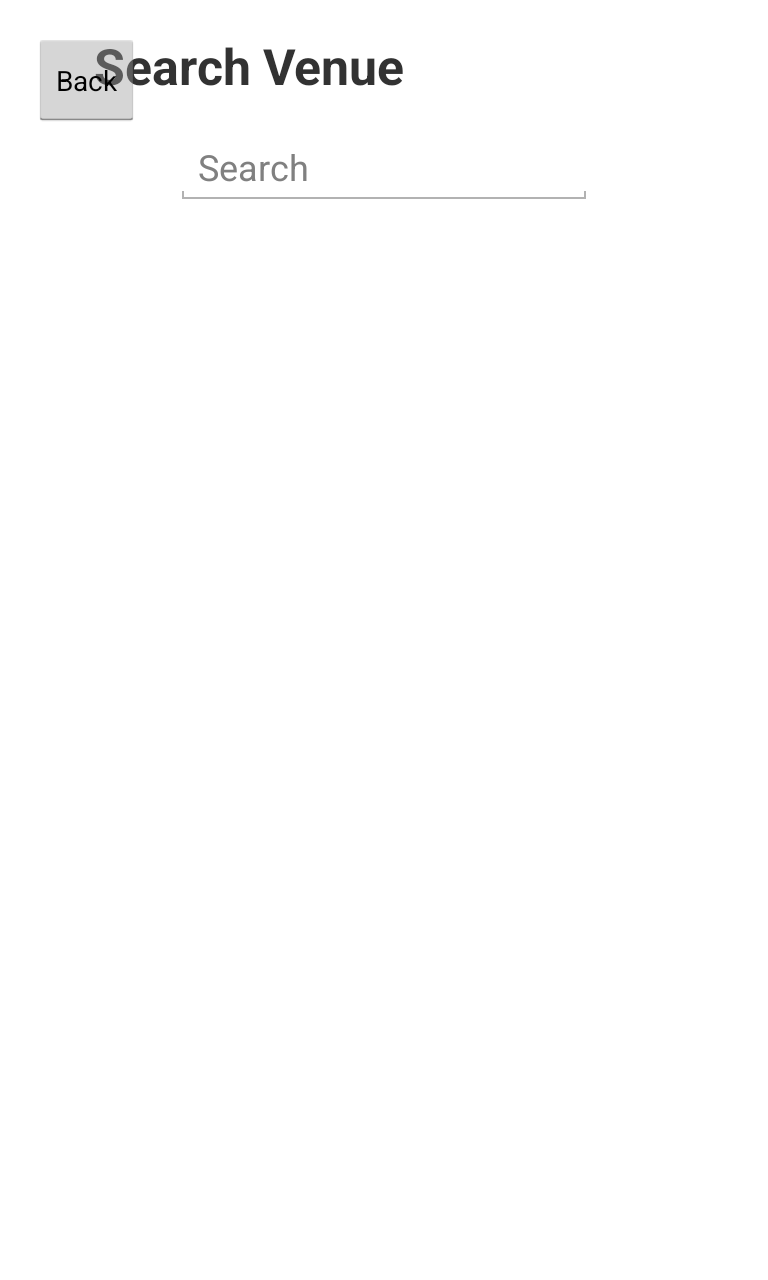
Repository: PotatoBiscuit/Thirstbuster
Layout: MobApp/workspace/DrinkAndGo/res/layout/activity_venue_search.xml
The author's editor kept a copy of each file at every save. The layout is drawn from the files as they stood at one save, then again after the next save.
It is drawn on a 768 x 1280 px phone screen (xhdpi) without system bars, with theme AppTheme; the app's code is not run.

Above is the layout before, as saved 2016-04-11 20:40:51.

### MobApp/workspace/DrinkAndGo/res/layout/activity_venue_search.xml
<LinearLayout xmlns:android="http://schemas.android.com/apk/res/android"
    xmlns:tools="http://schemas.android.com/tools"
    android:layout_width="match_parent"
    android:layout_height="match_parent"
    android:gravity="center_horizontal"
    android:orientation="vertical"
    android:paddingBottom="@dimen/activity_vertical_margin"
    android:paddingLeft="@dimen/activity_horizontal_margin"
    android:paddingRight="@dimen/activity_horizontal_margin"
    android:paddingTop="@dimen/activity_vertical_margin"
    tools:context="com.CS477.drinkandgo.activies.VenueSearchActivity" >

    <RelativeLayout
        android:layout_width="match_parent"
        android:layout_height="wrap_content" >

        <TextView
            android:id="@+id/title_search_venue"
            android:layout_width="wrap_content"
            android:layout_height="wrap_content"
            android:layout_alignParentTop="true"
            android:layout_centerInParent="true"
            android:ems="10"
            android:text="@string/search_venue"
            android:textSize="@dimen/title_size2"
            android:textStyle="bold" />

        <Button
            android:id="@+id/backButton"
            style="?android:attr/buttonStyleSmall"
            android:layout_width="wrap_content"
            android:layout_height="wrap_content"
            android:layout_alignParentLeft="true"
            android:layout_alignParentTop="true"
            android:text="@string/back" />

    </RelativeLayout>

    <EditText
        android:id="@+id/search_value"
        android:layout_width="wrap_content"
        android:layout_height="wrap_content"
        android:ems="10"
        android:hint="@string/search" />

    <LinearLayout
        android:id="@+id/venue_list"
        android:layout_width="match_parent"
        android:layout_height="wrap_content"
        android:layout_gravity="center_horizontal"
        android:gravity="center_horizontal"
        android:orientation="vertical" >

    </LinearLayout>

</LinearLayout>

### MobApp/workspace/DrinkAndGo/res/values/dimens.xml
<resources>

    <!-- Default screen margins, per the Android Design guidelines. -->
    <dimen name="activity_horizontal_margin">16dp</dimen>
    <dimen name="activity_vertical_margin">16dp</dimen>
    <dimen name="title_size">72px</dimen>
    <dimen name="button_margin">10dp</dimen>
    <dimen name="title_margin">50dp</dimen>
    <dimen name="title_size2">25dp</dimen>

</resources>

### MobApp/workspace/DrinkAndGo/res/values/strings.xml
<?xml version="1.0" encoding="utf-8"?>
<resources>

    <string name="app_name">DrinkAndGo</string>
    <string name="sign_in">Sign In</string>
    <string name="sign_up">Sign Up</string>
    <string name="title_activity_sign_in">SignInActivity</string>
    <string name="hello_world">Hello world!</string>
    <string name="action_settings">Settings</string>
    <string name="title_activity_sign_up">SignUpActivity</string>
    <string name="username">Username</string>
    <string name="password">Password</string>
    <string name="submit">Submit</string>
    <string name="title_activity_venue_search">VenueSearchActivity</string>
    <string name="name">Name</string>
    <string name="email">Email</string>
    <string name="confirm_password">Re-enter Password</string>
    <string name="card_number">Credit Card Number</string>
    <string name="password_error">Passwords do not match!</string>
    <string name="input_error">All fields must be filled!</string>
    <string name="search_venue">Search Venue</string>
    <string name="search">Search</string>
    <string name="select">Select</string>
    <string name="title_activity_menu">MenuActivity</string>
    <string name="back">Back</string>

</resources>

Loaded but not shown: MobApp/workspace/DrinkAndGo/res/values/styles.xml (common file); MobApp/workspace/DrinkAndGo/res/values-v11/styles.xml (common file); MobApp/workspace/DrinkAndGo/res/values-v14/styles.xml (common file); MobApp/workspace/DrinkAndGo/res/values-w820dp/dimens.xml (common file)

After the next save:
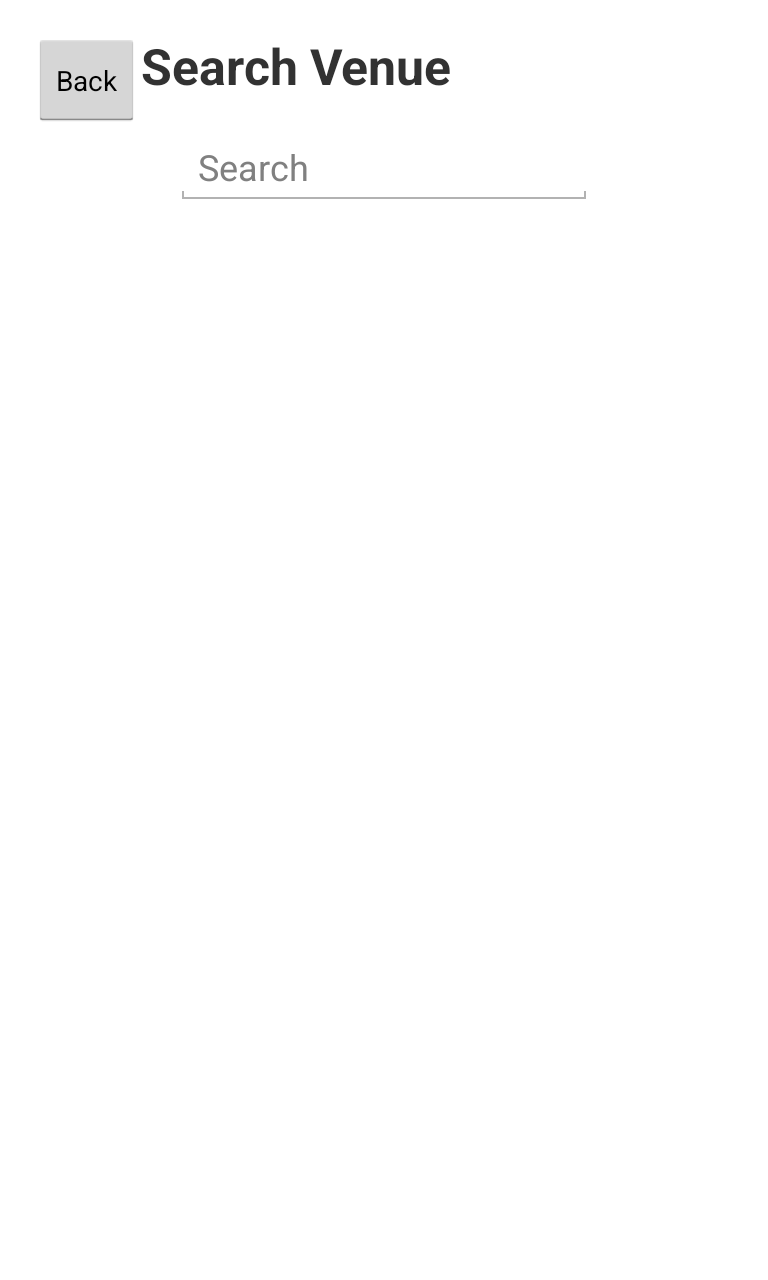
Saved 44 s later.
--- a/MobApp/workspace/DrinkAndGo/res/layout/activity_venue_search.xml
+++ b/MobApp/workspace/DrinkAndGo/res/layout/activity_venue_search.xml
@@ -19,7 +19,7 @@
             android:layout_width="wrap_content"
             android:layout_height="wrap_content"
             android:layout_alignParentTop="true"
-            android:layout_centerInParent="true"
+            android:layout_toRightOf="@id/backButton"
             android:ems="10"
             android:text="@string/search_venue"
             android:textSize="@dimen/title_size2"
